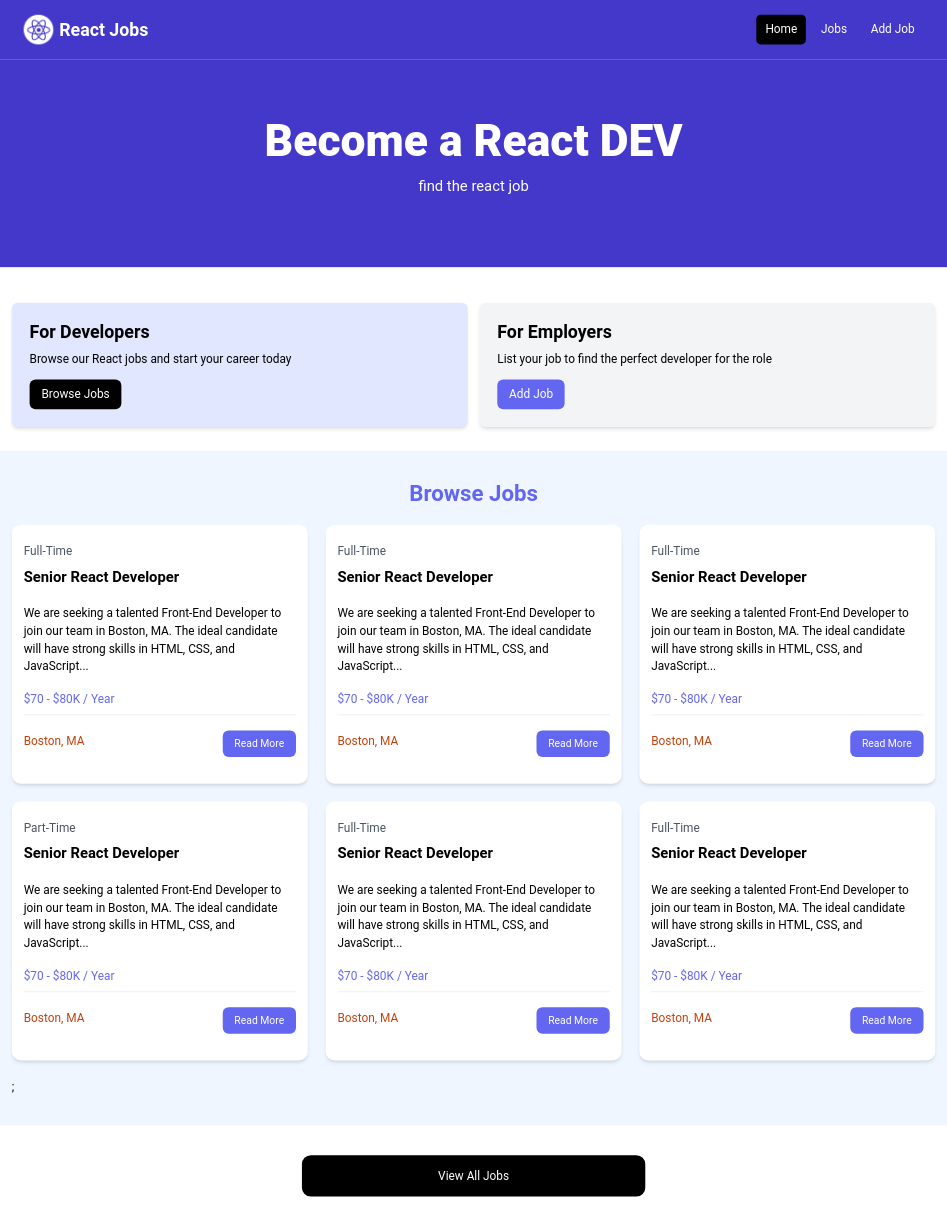
Repository: Geohot-2020/React_setup
Page: / (app in react-crash-2024/)
An editor plug-in stored every save of this project. The page is shown before and after the next save, followed by the edit.
The browser window is 1280 px wide. The pictures show the whole page, at 74% of full size.
The project was rebuilt for these pictures with package versions that can differ from the ones it lists, and the page was loaded fresh each time. Also part of the build but not shown: react-crash-2024/vite.config.js.

Above is the page before, as saved 2024-11-13 16:11:30.

### react-crash-2024/src/App.jsx
import React from 'react'
import Navbar from './components/Navbar'
import Hero from './components/Hero'
import HomeCards from './components/HomeCards'
import JobListings from './components/JobListings'


const App = () => {
  return (
    <>
      <Navbar />
      <Hero />
      <HomeCards />
      <JobListings />



      <section className="m-auto max-w-lg my-10 px-6">
        <a
          href="jobs.html"
          className="block bg-black text-white text-center py-4 px-6 rounded-xl hover:bg-gray-700"
        >View All Jobs</a
        >
      </section>
    </>
  )
}

export default App

### react-crash-2024/src/components/Navbar.jsx
import React from 'react'
import logo from '../assets/images/logo.png'
const Navbar = () => {
    return (
        <nav className="bg-indigo-700 border-b border-indigo-500">
            <div className="mx-auto max-w-7xl px-2 sm:px-6 lg:px-8">
                <div className="flex h-20 items-center justify-between">
                    <div
                        className="flex flex-1 items-center justify-center md:items-stretch md:justify-start"
                    >
                        {/* <!-- Logo --> */}
                        <a className="flex flex-shrink-0 items-center mr-4" href="/index.html">
                            <img
                                className="h-10 w-auto"
                                src={logo}
                                alt="React Jobs"
                            />
                            <span className="hidden md:block text-white text-2xl font-bold ml-2"
                            >React Jobs</span
                            >
                        </a>
                        <div className="md:ml-auto">
                            <div className="flex space-x-2">
                                <a
                                    href="/index.html"
                                    className="text-white bg-black hover:bg-gray-900 hover:text-white rounded-md px-3 py-2"
                                >Home</a
                                >
                                <a
                                    href="/jobs.html"
                                    className="text-white hover:bg-gray-900 hover:text-white rounded-md px-3 py-2"
                                >Jobs</a
                                >
                                <a
                                    href="/add-job.html"
                                    className="text-white hover:bg-gray-900 hover:text-white rounded-md px-3 py-2"
                                >Add Job</a
                                >
                            </div>
                        </div>
                    </div>
                </div>
            </div>
        </nav>
    )
}

export default Navbar

### react-crash-2024/src/components/Hero.jsx
import React from 'react'

const Hero = ({title = 'Become a React DEV', subtitle = 'find the react job'}) => {
    return (
        <section className="bg-indigo-700 py-20 mb-4">
            <div
                className="max-w-7xl mx-auto px-4 sm:px-6 lg:px-8 flex flex-col items-center"
            >
                <div className="text-center">
                    <h1
                        className="text-4xl font-extrabold text-white sm:text-5xl md:text-6xl"
                    >
                        {title}
                    </h1>
                    <p className="my-4 text-xl text-white">
                        {subtitle}
                    </p>
                </div>
            </div>
        </section>
    )
}

export default Hero

### react-crash-2024/src/components/HomeCards.jsx
import React from 'react'
import Card from './Card'

const HomeCards = () => {
    return (
        <section className="py-4">
            <div className="container-xl lg:container m-auto">
                <div className="grid grid-cols-1 md:grid-cols-2 gap-4 p-4 rounded-lg">
                    <Card bg='bg-indigo-100'>
                        <h2 className="text-2xl font-bold">For Developers</h2>
                        <p className="mt-2 mb-4">
                            Browse our React jobs and start your career today
                        </p>
                        <a
                            href="/jobs.html"
                            className="inline-block bg-black text-white rounded-lg px-4 py-2 hover:bg-gray-700"
                        >
                            Browse Jobs
                        </a>
                    </Card>
                    <Card>
                        <h2 className="text-2xl font-bold">For Employers</h2>
                        <p className="mt-2 mb-4">
                            List your job to find the perfect developer for the role
                        </p>
                        <a
                            href="/add-job.html"
                            className="inline-block bg-indigo-500 text-white rounded-lg px-4 py-2 hover:bg-indigo-600"
                        >
                            Add Job
                        </a>
                    </Card>
                </div>
            </div>
        </section>
    )
}

export default HomeCards

### react-crash-2024/src/components/JobListings.jsx
import React from 'react';
import jobs from '../jobs.json';


const JobListings = () => {
    return (
        <section className="bg-blue-50 px-4 py-10">
            <div className="container-xl lg:container m-auto">
                <h2 className="text-3xl font-bold text-indigo-500 mb-6 text-center">
                    Browse Jobs
                </h2>
                <div className="grid grid-cols-1 md:grid-cols-3 gap-6">
                    {jobs.map((job) => (
                        <div className="bg-white rounded-xl shadow-md relative">
                            <div className="p-4">
                                <div className="mb-6">
                                    <div className="text-gray-600 my-2">{job.type}</div>
                                    <h3 className="text-xl font-bold">Senior React Developer</h3>
                                </div>

                                <div className="mb-5">
                                    We are seeking a talented Front-End Developer to join our team in Boston, MA. The ideal candidate will have strong skills in HTML, CSS, and JavaScript...
                                </div>

                                <h3 className="text-indigo-500 mb-2">$70 - $80K / Year</h3>

                                <div className="border border-gray-100 mb-5"></div>

                                <div className="flex flex-col lg:flex-row justify-between mb-4">
                                    <div className="text-orange-700 mb-3">
                                        <i className="fa-solid fa-location-dot text-lg"></i>
                                        Boston, MA
                                    </div>
                                    <a
                                        href="job.html"
                                        className="h-[36px] bg-indigo-500 hover:bg-indigo-600 text-white px-4 py-2 rounded-lg text-center text-sm"
                                    >
                                        Read More
                                    </a>
                                </div>
                            </div>
                        </div>
                    ))};

                </div>
            </div>
        </section>
    )
}

export default JobListings

### react-crash-2024/src/components/Card.jsx
import React from 'react'

const Card = ({children, bg = 'bg-gray-100'}) => {
  return (
    <div className={`${bg} p-6 rounded-lg shadow-md`}>
        {children}
    </div>
  )
}

export default Card

### react-crash-2024/tailwind.config.js
/** @type {import('tailwindcss').Config} */
export default {
  content: [
    "./index.html",
    "./src/**/*.{js,ts,jsx,tsx}",
  ],
  theme: {
    extend: {
      fontFamily: {
        sans: ['Roboto', 'sans-serif'],
      },
      gridTemplateColumns: {
        '70/30': '70% 28%',
      },
    },
  },
  plugins: [],
}

Loaded but not shown: react-crash-2024/index.html (common file); react-crash-2024/src/main.jsx (common file); react-crash-2024/src/index.css (common file); react-crash-2024/src/jobs.json (common file)

After the next save:
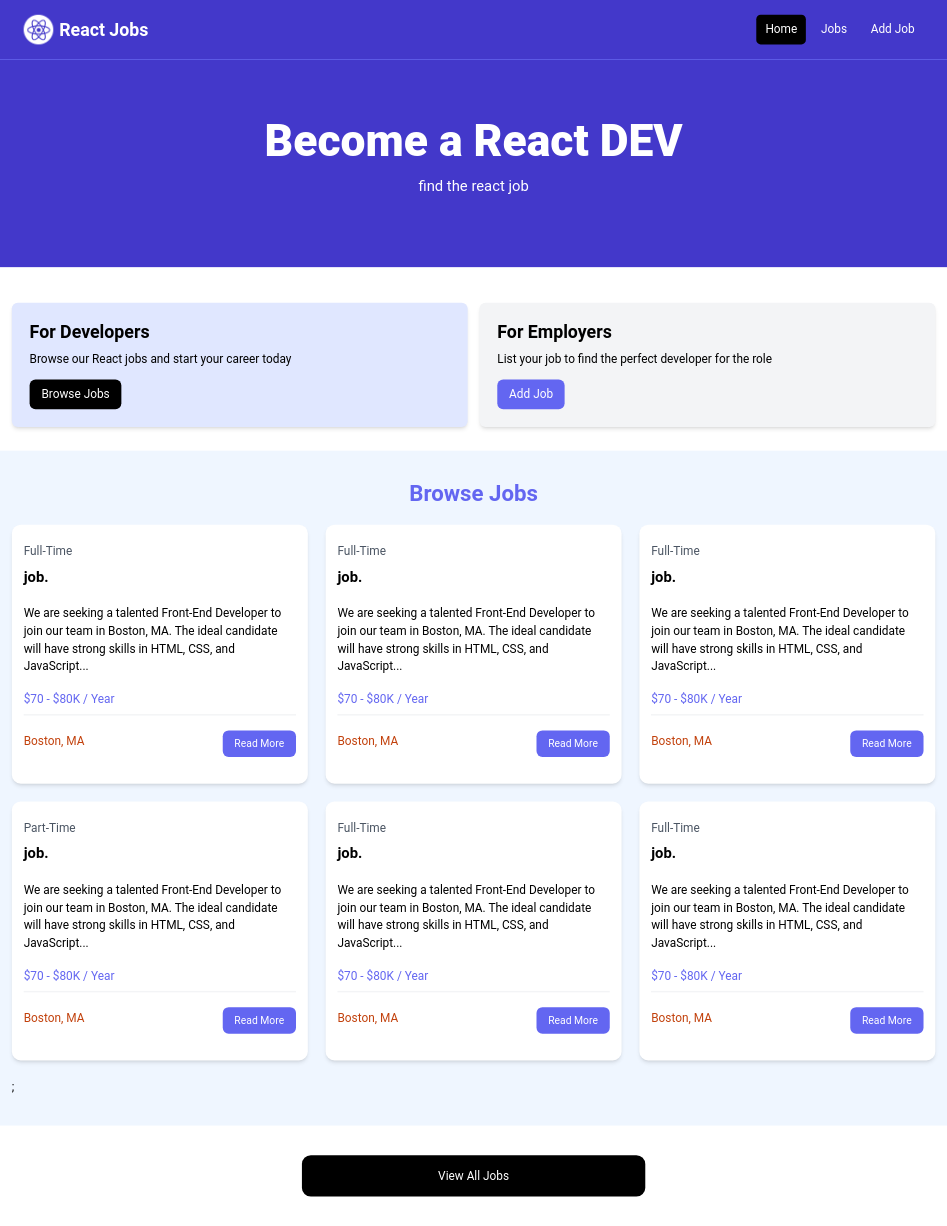
Saved 7 s later.
--- a/react-crash-2024/src/components/JobListings.jsx
+++ b/react-crash-2024/src/components/JobListings.jsx
@@ -15,7 +15,7 @@ const JobListings = () => {
                             <div className="p-4">
                                 <div className="mb-6">
                                     <div className="text-gray-600 my-2">{job.type}</div>
-                                    <h3 className="text-xl font-bold">Senior React Developer</h3>
+                                    <h3 className="text-xl font-bold">job.</h3>
                                 </div>
 
                                 <div className="mb-5">
